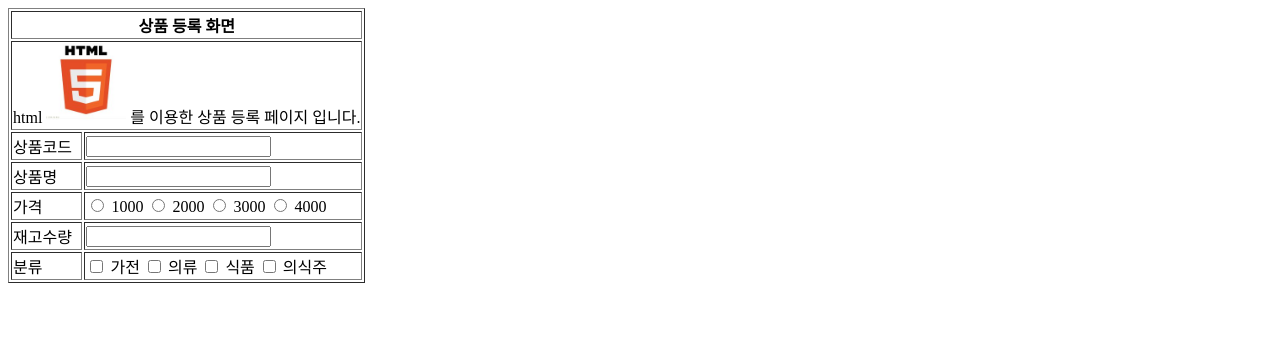
Repository: younseochoi/AI_PLATFORM
Page: my_code/03_web/html/src/main/webapp/pdt_registration.html
An editor plug-in stored every save of this project. The page is shown before and after the next save, followed by the edit.
The browser window is 1280 px wide. The pictures show the whole page.

Above is the page before, as saved 2022-07-22 06:08:47.

### my_code/03_web/html/src/main/webapp/pdt_registration.html
<!DOCTYPE html>
<html>
<head>
<meta charset="UTF-8">
<title>Insert title here</title>
</head>
<body>
<form action="prduct.jsp">
	<table border=1>
		<tr><th colspan="2">상품 등록 화면</th></tr>
		<tr>
			<td colspan="2">html
				<img src = "images/html5.jpg" width="80" height="80">
				를 이용한 상품 등록 페이지 입니다.
			</td>
		</tr>
		<tr><td>상품코드</td><td><input type=text name="pdtcode" maxlength="10"></td></tr>
		<tr><td>상품명</td><td><input type=text name="pdtname" maxlength="100"></td></tr>
		<tr><td>가격</td>
			<td><input type=radio name ="price" value="1000"> 1000
				<input type=radio name ="price" value="2000"> 2000
				<input type=radio name ="price" value="3000"> 3000
				<input type=radio name ="price" value="4000"> 4000
			</td>
		</tr>
		<tr><td>재고수량</td><td><input type=number name = "quantity" step="2"></td></tr>
		<tr>
			<td>분류</td>
			<td>
				<input type=checkbox name="category" value="appliance"> 가전
				<input type=checkbox name="category" value="clothes"> 의류
				<input type=checkbox name="category" value="food"> 식품
				<input type=checkbox name="category" value="all"> 의식주
			</td>
		</tr>
	</table>
</form>
</body>
</html>

After the next save:
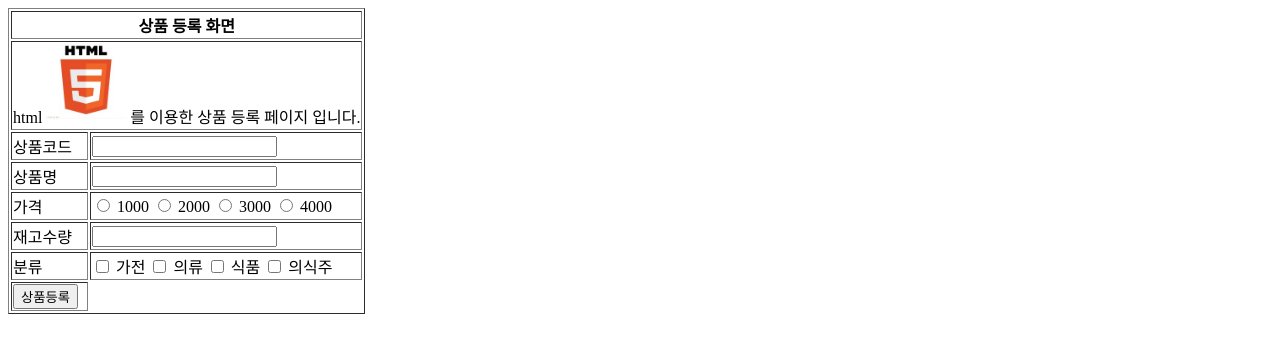
Saved 23 s later.
--- a/my_code/03_web/html/src/main/webapp/pdt_registration.html
+++ b/my_code/03_web/html/src/main/webapp/pdt_registration.html
@@ -33,6 +33,7 @@
 				<input type=checkbox name="category" value="all"> 의식주
 			</td>
 		</tr>
+		<tr><td><input type=submit value="상품등록"></td></tr>
 	</table>
 </form>
 </body>
